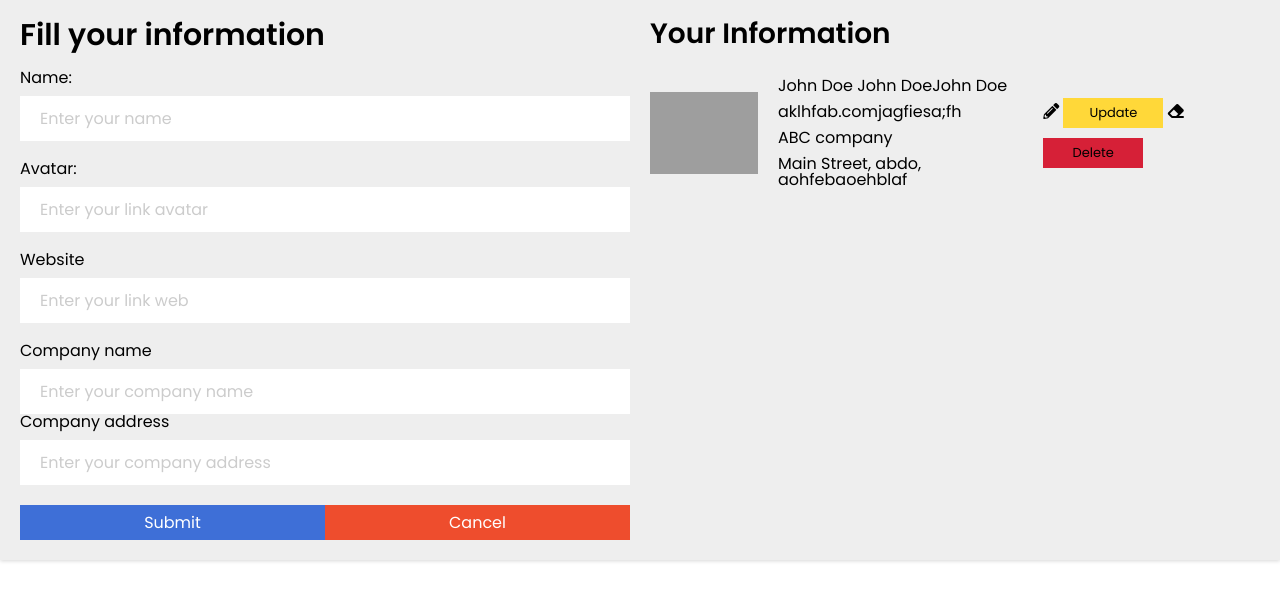
Repository: nttthao9/management
Page: index.html
The author's editor kept a copy of each file at every save. The page is drawn from the files as they stood at one save, then again after the next save.
The browser window is 1280 px wide. The pictures show the whole page.
Pictures or frames that could not be fetched are drawn as grey boxes. Some web libraries are served in a nearby version.

Above is the page before, as saved 2021-10-13 11:43:59.

After the next save:
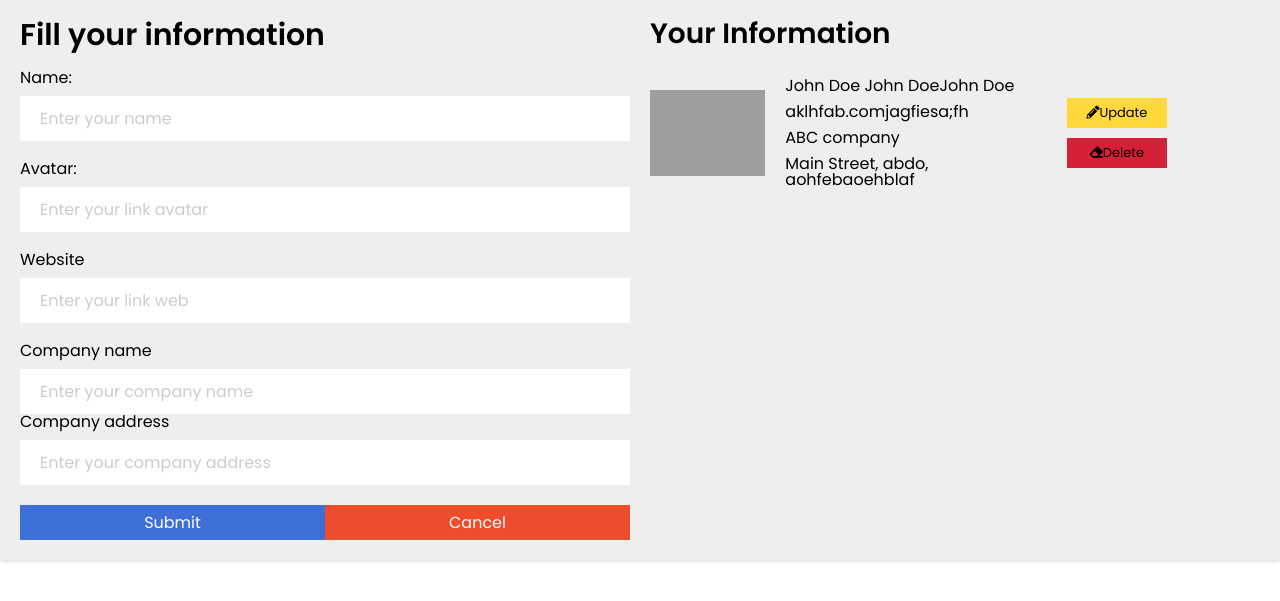
Saved 21 s later.
--- a/index.html
+++ b/index.html
@@ -58,11 +58,11 @@
               <span class="name">Main Street, abdo, aohfebaoehblaf</span>
             </div>
             <div class="button">
-              <i class="fas fa-pencil-alt"></i>
+
               <button type="submit" class="btn btn-update">
-                Update</button>
-              <i class="fas fa-eraser"></i>
-              <button type="submit" class=" btn btn-delete">Delete</button>
+                <i class="fas fa-pencil-alt"></i>Update</button>
+
+              <button type="submit" class=" btn btn-delete"><i class="fas fa-eraser"></i>Delete</button>
             </div>
           </div>
         </div>
